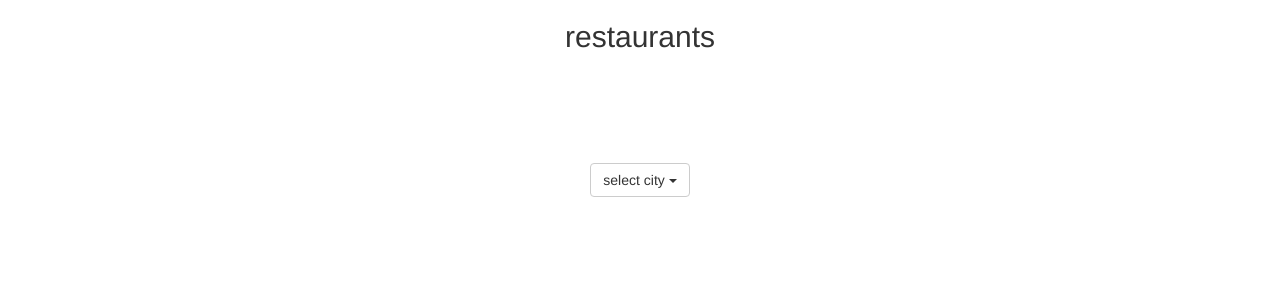
Repository: ganz-95/Denuvo-final
Page: http://localhost/restaurant/
An editor plug-in stored every save of this project. The page is shown before and after the next save, followed by the edit.
The browser window is 1280 px wide. The pictures show the whole page.
Some web libraries are served in a nearby version. The page is served by Tomcat 9.

Above is the page before, as saved 2017-01-23 14:48:15.

### workspace/restaurant/src/main/webapp/index.jsp
<!DOCTYPE html>
<html>
<head>
  <meta name="viewport" content="width=device-width, initial-scale=1">
  <link rel="stylesheet" href="https://maxcdn.bootstrapcdn.com/bootstrap/3.3.7/css/bootstrap.min.css">
  <script src="https://ajax.googleapis.com/ajax/libs/jquery/3.1.1/jquery.min.js"></script>
  <script src="https://maxcdn.bootstrapcdn.com/bootstrap/3.3.7/js/bootstrap.min.js"></script>
</head>
<body>

<div class="container" align="center">
  <h2>restaurants</h2>
  <br><br><br><br><br>

  <div class="dropdown">
    <button class="btn btn-default dropdown-toggle" type="button" data-toggle="dropdown">select city
    <span class="caret"></span></button>
    <ul class="dropdown-menu" align="center">
      <li class="dropdown-header">Popular</li>
      <li><a href="#">Chennai</a></li>
      <li><a href="#">Mumbai</a></li>
      <li><a href="#">Delhi</a></li>
      <li class="divider"></li>
      <li class="dropdown-header">Others</li>
      <li><a href="#">banglore</a></li>
      <li><a href="#">Hyderabad</a></li>
    </ul>
  </div>
</div>

</body>
</html>

After the next save:
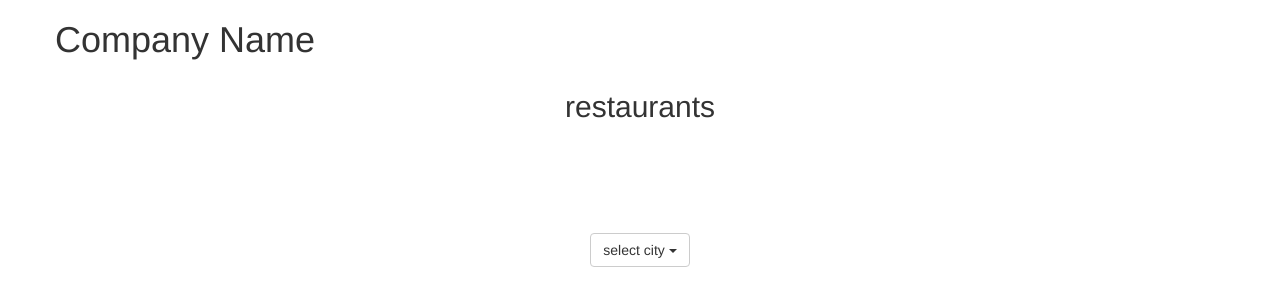
Saved 3 min 36 s later.
--- a/workspace/restaurant/src/main/webapp/index.jsp
+++ b/workspace/restaurant/src/main/webapp/index.jsp
@@ -7,6 +7,15 @@
   <script src="https://maxcdn.bootstrapcdn.com/bootstrap/3.3.7/js/bootstrap.min.js"></script>
 </head>
 <body>
+<div class="container">
+      <div class="row">
+        <div class="span12">
+          <div class="head">
+            <div class="row-fluid">
+                <div class="span12">
+                    <div class="span6">
+                        <h1 class="muted">Company Name</h1>
+                    </div>
 
 <div class="container" align="center">
   <h2>restaurants</h2>
